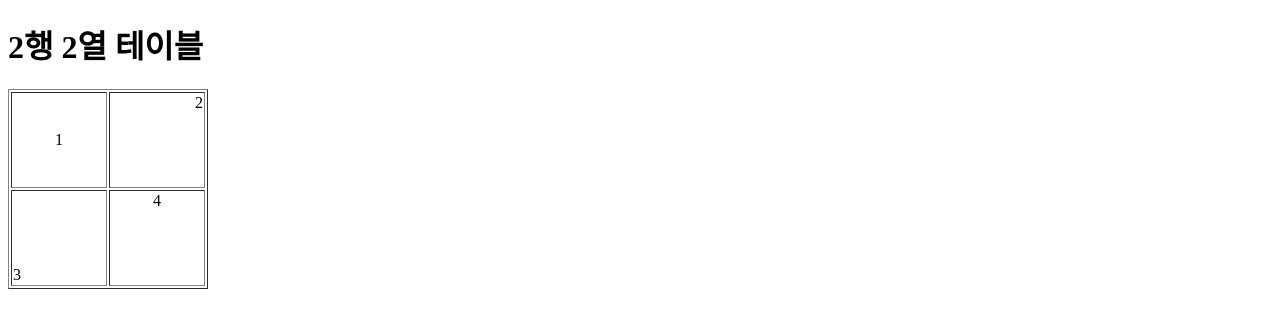
Repository: sungken/htmlProject
Page: ClientTest/src/main/webapp/html/ex15_table.html
These files come from the project's save history. The page is drawn as it stood at one moment and after the next save; the edit follows.
The browser window is 1280 px wide. The pictures show the whole page.

Above is the page before, as saved 2024-03-13 06:18:17.

### ClientTest/src/main/webapp/html/ex15_table.html
<!DOCTYPE html>
<html>
<head>
<meta charset="UTF-8">
<title>Insert title here</title>
</head>
<body>
	<!-- ex15_table.html -->
	<!--

	표, table
	1. 표를 만들기 위해서 사용
	2. 레이아웃을 만들기 위해서 사용

	테이블의 구성요소
	1. 가장 큰 상자
		- <table>
		- 테이블 전체 컨테이너

	2. 중간 긴 상자
		- <tr>
		- table row
		- 테이블 행

	3. 가장 작은 상자
		- <tb>
		- table data
		- 테이블 셀
		- 데이터를 담는 태그
		-

	 -->
	 <h1>2행 2열 테이블</h1>
	<table border="1" width="200" height="200" color="yellow">
		<tr>
			<td align="center" valign="middle">1</td>
			<td align="right" valign="top">2</td>
		</tr>
		<tr>
			<td align="left" valign="bottom">3</td>
			<td align="center" valign="baseline">4</td>
		</tr>


	</table>


</body>
</html>

After the next save:
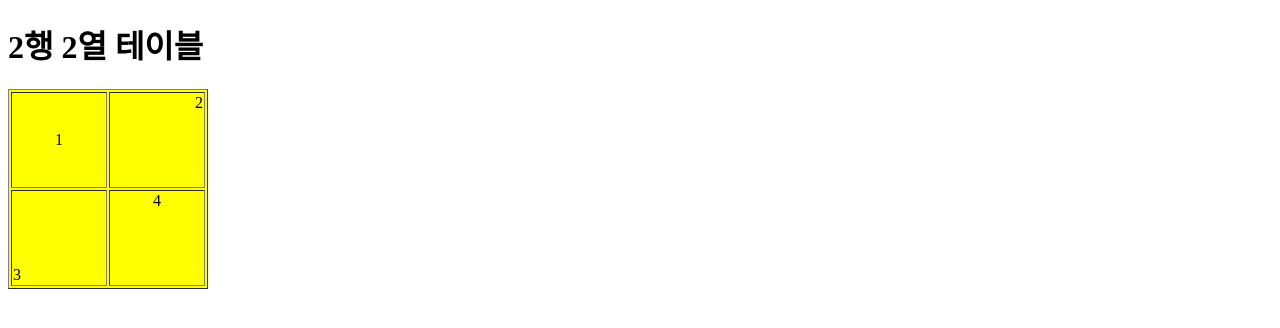
Saved 26 s later.
--- a/ClientTest/src/main/webapp/html/ex15_table.html
+++ b/ClientTest/src/main/webapp/html/ex15_table.html
@@ -31,7 +31,7 @@
 
 	 -->
 	 <h1>2행 2열 테이블</h1>
-	<table border="1" width="200" height="200" color="yellow">
+	<table border="1" width="200" height="200" bgcolor="yellow">
 		<tr>
 			<td align="center" valign="middle">1</td>
 			<td align="right" valign="top">2</td>
